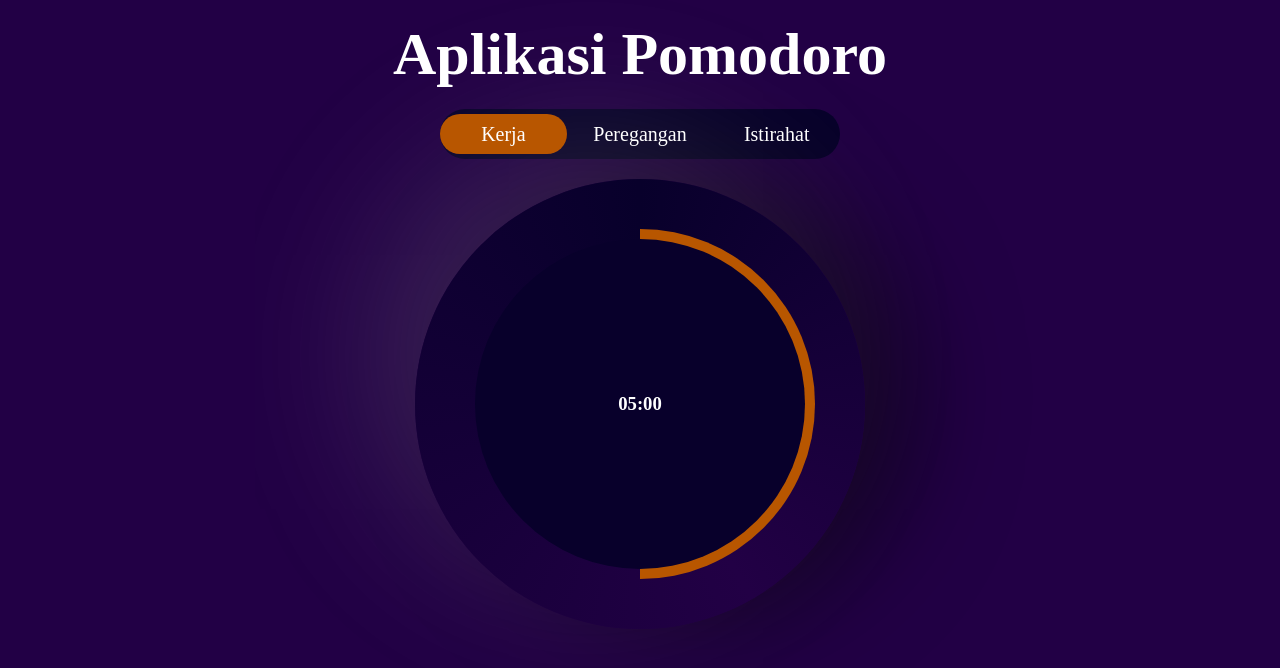
Repository: sellayspy/aplikasiPomodoro
Page: /
These files come from the project's save history. The page is drawn as it stood at one moment and after the next save; the edit follows.
The browser window is 1280 px wide. The pictures show the whole page.
The project was rebuilt for these pictures with package versions that can differ from the ones it lists, and the page was loaded fresh each time. Also part of the build but not shown: vite.config.js.

Above is the page before, as saved 2024-11-25 14:19:08.

### index.html
<!DOCTYPE html>
<html lang="en">
  <head>
    <meta charset="UTF-8" />
    <link rel="icon" type="image/svg+xml" href="/vite.svg" />
    <meta name="viewport" content="width=device-width, initial-scale=1.0" />
    <title>Aplikasi Pomodoro</title>
  </head>
  <body>
    <div id="root"></div>
    <script type="module" src="/src/main.jsx"></script>
  </body>
</html>

### src/main.jsx
import { StrictMode } from "react";
import { createRoot } from "react-dom/client";
import { createGlobalStyle, ThemeProvider } from "styled-components";
import App from "./App.jsx";

const GlobalStyle = createGlobalStyle`

*{
  margin: 0;
  padding: 0;
  box-sizing: border-box;
}

  html,body{
    background-color: ${(props) => props.theme.colors.bg};;
    font-size: 62.5%;
  }

  body{
    font-size: 1.6rem;
    color: white;
  }

`;

const theme = {
  colors: {
    primary: "#b85600",
    secondary: "#08002b",
    bg: "#220045",
  },
};

createRoot(document.getElementById("root")).render(
  <StrictMode>
    <ThemeProvider theme={theme}>
      <GlobalStyle />
      <App />
    </ThemeProvider>
  </StrictMode>
);

### src/App.jsx
import styled from "styled-components";
import Judul from "./components/Judul";
import Timer from "./components/Timer";

function App() {
  return (
    <>
      <Title>Aplikasi Pomodoro</Title>
      <Judul />
      <Timer />
    </>
  );
}

export default App;

const Title = styled.h1`
  font-size: 6rem;
  padding: 2rem 0;
  text-align: center;
`;

### src/components/Judul.jsx
import styled, { css } from "styled-components";
import { useState } from "react";

const Judul = () => {
  const [active, setActive] = useState(0);

  const handleJudulClick = (index) => {
    setActive(index);
  };
  return (
    <JudulContainer>
      {["Kerja", "Peregangan", "Istirahat"].map((tag, i) => (
        <Tag onClick={() => handleJudulClick(i)} active={active === i} key={i}>
          {tag}
        </Tag>
      ))}
    </JudulContainer>
  );
};

export default Judul;

const JudulContainer = styled.div`
  background: ${(props) => props.theme.colors.secondary};
  height: 5rem;
  width: 40rem;
  margin: 0 auto;
  border-radius: 5rem;
  display: flex;
  gap: 1rem;
  align-items: center;
`;

const Tag = styled.button`
  all: unset;
  height: 4rem;
  text-align: center;
  border-radius: 5rem;
  flex: 1;
  font-size: 2rem;

  ${({ active }) =>
    active &&
    css`
      background: ${(props) => props.theme.colors.primary};
    `}
`;

### src/components/Timer.jsx
import styled from "styled-components";
import TimerProgress from "./TimerProgress";

const Timer = () => {
  return (
    <TimerContainer>
      <TimerProgress />
    </TimerContainer>
  );
};

export default Timer;

const TimerContainer = styled.div`
  background: conic-gradient(
    ${(props) => props.theme.colors.secondary},
    ${(props) => props.theme.colors.bg} 150deg,
    ${(props) => props.theme.colors.secondary}
  );

  width: 45rem;
  height: 45rem;

  margin: 2rem auto;
  border-radius: 50%;
  display: grid;
  place-items: center;
  box-shadow: -50px -50px 150px rgba(158, 158, 158, 0.2),
    50px -10px 100px rgba(0, 0, 0, 0.5);
`;

### src/components/TimerProgress.jsx
import { useState } from "react";
import styled from "styled-components";
import Waktu from "./Waktu";

const TimerProgress = () => {
  const [progress, setProgress] = useState(50);

  return (
    <OuterCircle progress={progress}>
      <InnerCircle>
        <Waktu />
      </InnerCircle>
    </OuterCircle>
  );
};

export default TimerProgress;

const OuterCircle = styled.div`
  width: 35rem;
  height: 35rem;

  border-radius: 50%;
  display: grid;
  place-items: center;
  background: conic-gradient(
    ${(props) => props.theme.colors.primary} ${({ progress }) => progress}%,
    transparent ${({ progress }) => progress}%
  );
`;

const InnerCircle = styled.div`
  width: 33rem;
  height: 33rem;
  background: ${(props) => props.theme.colors.secondary};

  border-radius: 50%;
  display: grid;
  place-items: center;
`;

### src/components/Waktu.jsx
import styled from "styled-components";

const Waktu = () => {
  return (
    <ClockContainer>
      <TimerText>05:00</TimerText>
    </ClockContainer>
  );
};

export default Waktu;
const ClockContainer = styled.div``;
const TimerText = styled.h3``;

After the next save:
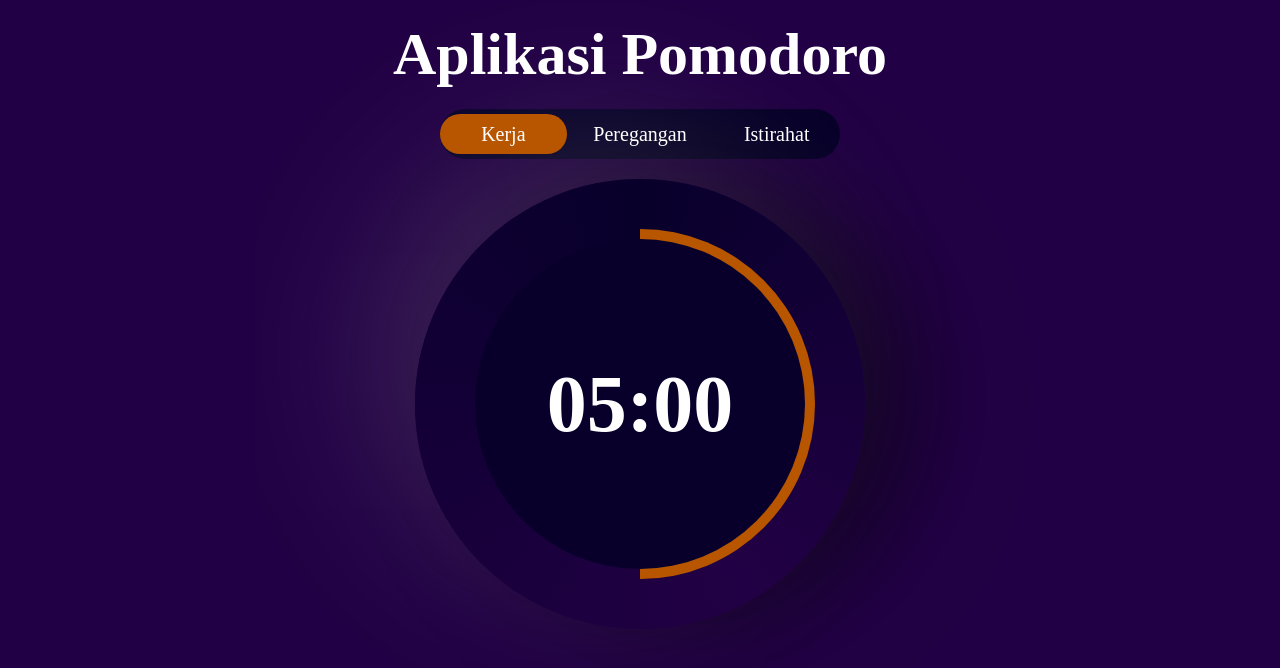
Saved 64 s later.
--- a/src/components/Waktu.jsx
+++ b/src/components/Waktu.jsx
@@ -10,4 +10,6 @@ const Waktu = () => {
 
 export default Waktu;
 const ClockContainer = styled.div``;
-const TimerText = styled.h3``;
+const TimerText = styled.h3`
+  font-size: 8rem;
+`;
